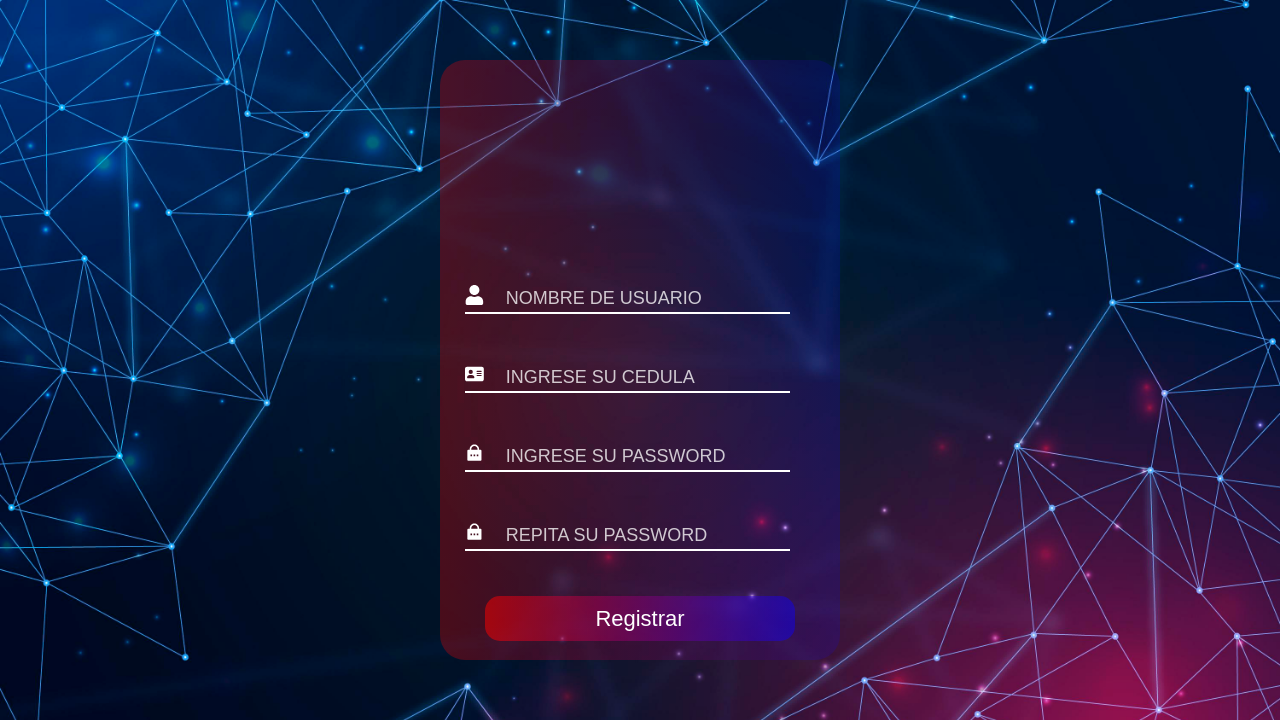
Repository: Davic1o/municipio
Page: /Registro
An editor plug-in stored every save of this project. The page is shown before and after the next save, followed by the edit.
The browser window is 1280 px wide. The pictures show the whole page.
The project was rebuilt for these pictures with package versions that can differ from the ones it lists, and the page was loaded fresh each time. Also part of the build but not shown: src/pages/Login/Login.jsx, src/pages/Administrador/Admin.jsx, src/pages/Coord/Coord.jsx, src/pages/User/User.jsx.

Above is the page before, as saved 2024-02-06 17:52:31.

After the next save:
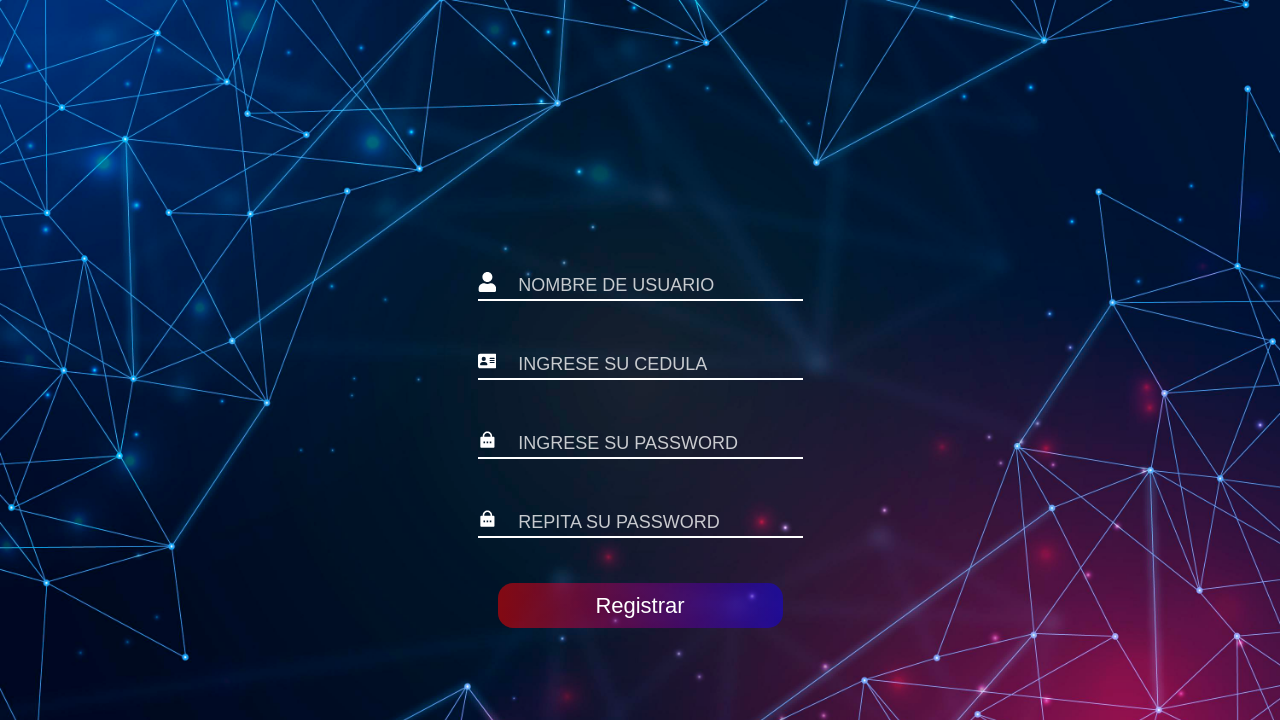
Saved 6 s later.
--- a/src/pages/Register/Register.jsx
+++ b/src/pages/Register/Register.jsx
@@ -10,7 +10,7 @@ const Register = () => {
 
   return (
     <div className="login__container">
-      <div className="login__recuadro">
+      <div className="register__recuadro">
         <div className="login__formulario">
           <div className="contenedor__nombre">
             <FaUser className="icon__nombre" />

After the save that followed:
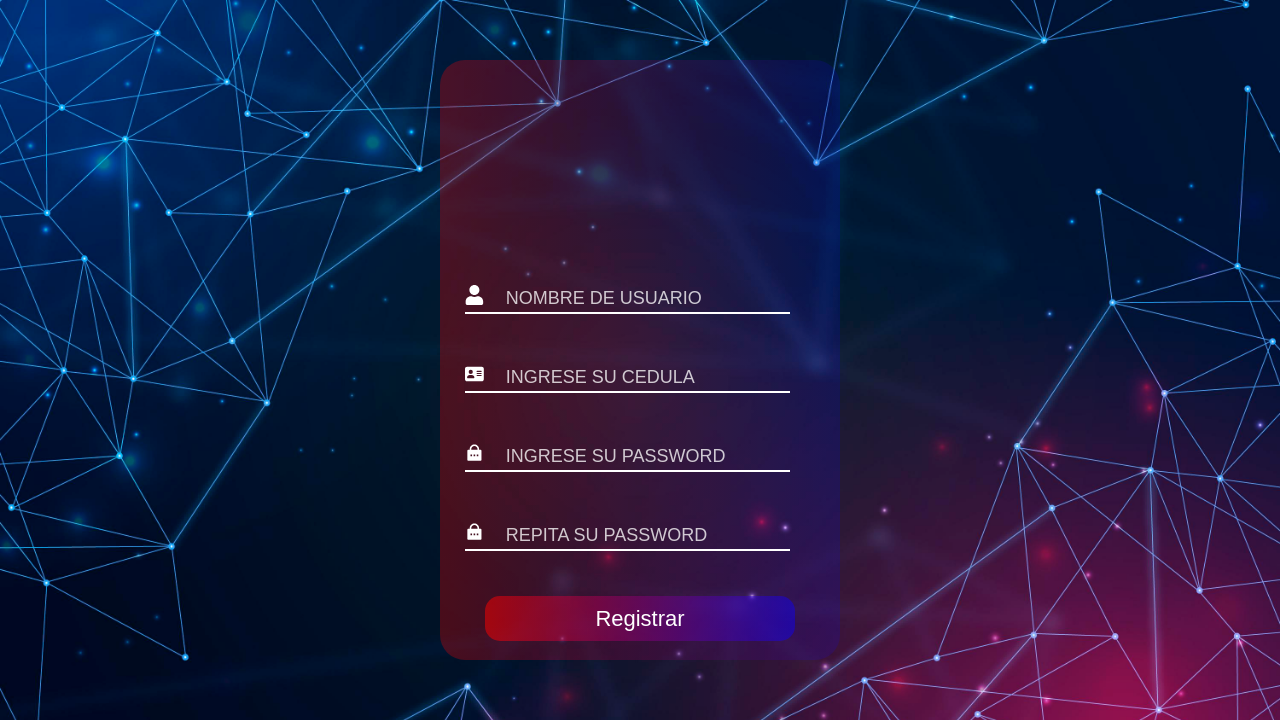
Saved 42 s later.
--- a/src/pages/Register/login.css
+++ b/src/pages/Register/login.css
@@ -9,13 +9,13 @@
     justify-content: center;
     z-index: 0;
 }
-.login__recuadro{
+.register__recuadro{
     width: 400px;
     height: 600px;
     border-radius: 25px;
     background: linear-gradient(to right, rgba(253, 0, 0, 0.288) 1%, rgba(16, 0, 235, 0.171));
 }
-.login__formulario{
+.register__formulario{
     margin-top: 200px;
 }
 .contenedor__nombre, .contenedor__password{
